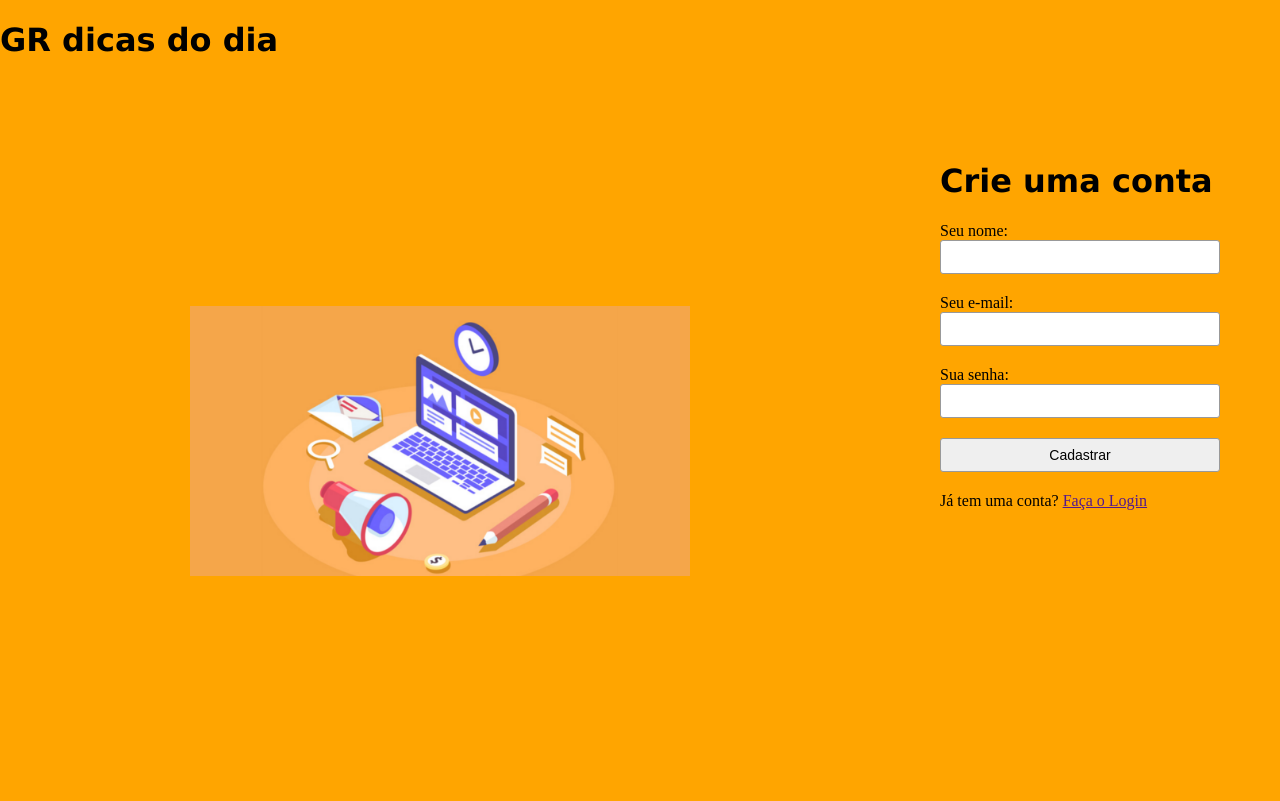
Repository: rafavirginio/tela-de-login
Page: index.html
These files come from the project's save history. The page is drawn as it stood at one moment and after the next save; the edit follows.
The browser window is 1280 px wide. The pictures show the whole page.

Above is the page before, as saved 2020-09-15 18:13:28.

### index.html
<!DOCTYPE html>
<html lang="en">

<head>
    <meta charset="UTF-8">
    <meta name="viewport" content="width=device-width, initial-scale=1.0">
    <title> Validador de Formulário </title>
    <link rel="stylesheet" href="style.css" />
    <h1>GR dicas do dia</h1>

</head>

<body>

    <div class="screen">
        <div class="leftside">
            <img src="imgGR.png" alt ""/>

        </div>
        <div class="rightside">
            <h1>Crie uma conta</h1>

            <form method="POST" action="cadastro.php" class="grValidator">


                <label>
                Seu nome: <br/>
                <input type="text" name="name" data-rules="required|min=2" />
            </label>
                <label>
                Seu e-mail: <br/>
                <input type="text" name="email" data-rules="required|email" />
            </label>
                <label>
                Sua senha: <br/>
                <input type="password" name="password"data-rules="required|min=4" />
                </label>
                <label>
                <input type="submit" value="Cadastrar" />
                </label>
            </form>
            <div>
                Já tem uma conta? <a href=""> Faça o Login</a>
            </div>
        </div>

        <script src="script.js"></script>
</body>

</html>

### style.css
* {
    box-sizing: border-box;
}

h1 {
    font-family: 'Lucida Sans', 'Lucida Sans Regular', 'Lucida Grande', 'Lucida Sans Unicode', Geneva, Verdana, sans-serif;
    display: flex;
    /* /* justify-content: center; */
    align-items: center;
}

body {
    background-color: orange;
    margin: 0;
    /* flex-wrap: wrap; */
}

.screen {
    display: flex;
    height: 100vh;
    flex-wrap: wrap;
}

.leftside {
    flex: 1;
    display: flex;
    justify-content: center;
    align-items: center;
}

.leftside img {
    max-width: 500px;
    height: auto;
}

.rightside {
    width: 400px;
    background-color: orange;
    padding: 60px;
}

.rightside label {
    display: block;
    margin-bottom: 20px;
}

.rightside input {
    width: 100%;
    border: 1px solid #999;
    border-radius: 3px;
    padding: 8px;
    font-size: 14px;
    outline: 0;
}

.error {
    font-size: 11px;
    background-color: orangered;
    color: #FFF;
    padding: 4px;
    border-radius: 5px;
}

### script.js
let grValidator = {
    handleSubmit: (event) => {
        event.preventDefault();
        let send = true;

        let inputs = form.querySelectorAll('input');

        grValidator.clearErrors();

        for (let i = 0; i < inputs.length; i++) {
            let input = inputs[i];
            let check = grValidator.checkInput(input);
            if (check !== true) {
                send = false;
                grValidator.showError(input, check);
            }
        }

        if (send) {
            form.submit();
        }
    },
    checkInput: (input) => {
        let rules = input.getAttribute('data-rules');

        if (rules !== null) {
            rules = rules.split('|');
            for (let k in rules) {
                let rDetails = rules[k].split('=');
                switch (rDetails[0]) {
                    case 'required':
                        if (input.value == '') {
                            return 'Este campo é obrigatório.';
                        }
                        break;
                    case 'min':
                        if (input.value.length < rDetails[1]) {
                            return 'Campo deve conter pelo menos ' + rDetails[1] + ' caracteres';
                        }
                        break;
                    case 'email':
                        if (input.value != '') {
                            //validação email
                            let regex = /^(([^<>()\[\]\\.,;:\s@"]+(\.[^<>()\[\]\\.,;:\s@"]+)*)|(".+"))@((\[[0-9]{1,3}\.[0-9]{1,3}\.[0-9]{1,3}\.[0-9]{1,3}])|(([a-zA-Z\-0-9]+\.)+[a-zA-Z]{2,}))$/;
                            if (!regex.test(input.value.toLowerCase())) {
                                return 'E-mail digitado não é válido!';
                            }

                        }
                        break;
                }
            }
        }

        return true;
    },

    showError: (input, error) => {
        input.style.borderColor = '#FF0000';

        let errorElement = document.createElement('div');
        errorElement.classList.add('error');
        errorElement.innerHTML = error;

        input.parentElement.insertBefore(errorElement, input.ElementSibling)
    },
    clearErrors: () => {
        let inputs = form.querySelectorAll('input');
        for (let i = 0; i < inputs.length; i++) {
            inputs[i].style = '';
        }
        let errorElements = document.querySelectorAll('.error');
        for (let i = 0; i < errorElements.length; i++) {
            errorElements[i].remove();

        }
    }
};
let form = document.querySelector('.grValidator');
form.addEventListener('submit', grValidator.handleSubmit);

After the next save:
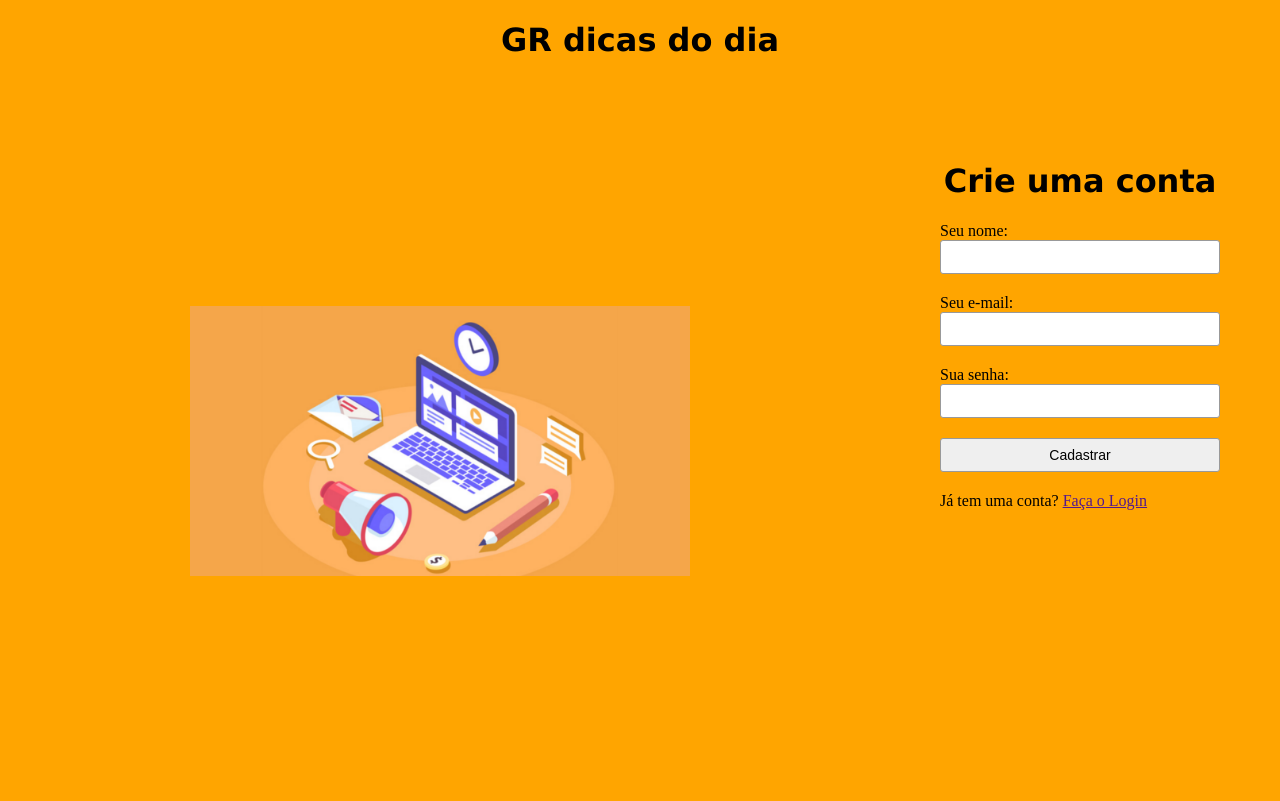
Saved 14 s later.
--- a/style.css
+++ b/style.css
@@ -5,8 +5,7 @@
 h1 {
     font-family: 'Lucida Sans', 'Lucida Sans Regular', 'Lucida Grande', 'Lucida Sans Unicode', Geneva, Verdana, sans-serif;
     display: flex;
-    /* /* justify-content: center; */
-    align-items: center;
+    justify-content: center;
 }
 
 body {
